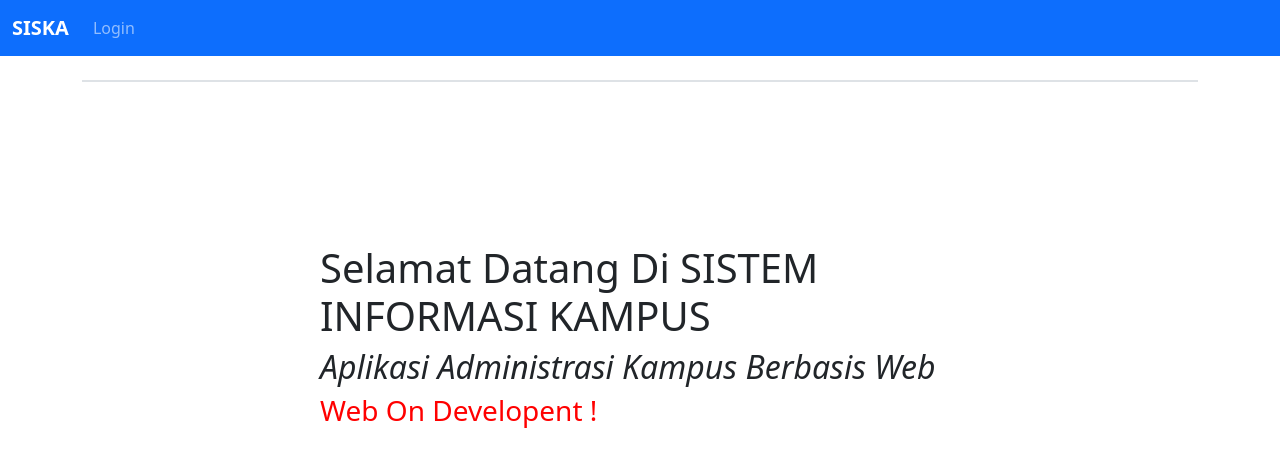
Repository: WiraAtma/administrasi-kampus
Page: http://localhost/
An editor plug-in stored every save of this project. The page is shown before and after the next save, followed by the edit.
The browser window is 1280 px wide. The pictures show the whole page.
The page is served by the project's Laravel application, run on PHP 8.4 with Laravel 12. Other server files are loaded and not shown.

Above is the page before, as saved 2024-10-25 15:26:32.

### routes/web.php
<?php

use App\Http\Controllers\AuthController;
use App\Http\Controllers\FakultasController;
use App\Http\Controllers\MahasiswaController;
use App\Http\Controllers\ProdiController;
use App\Http\Middleware\AdminAccess;
use App\Http\Middleware\DosenAccess;
use Illuminate\Support\Facades\Route;

Route::get('/', function() {
    return view('home');
});

Route::get('/login', [AuthController::class, 'login'])->name('login')->middleware('guest');
Route::post('/login', [AuthController::class, 'authenticing'])->middleware('guest');
Route::get('/logout', [AuthController::class, 'logout']);

Route::get('/mahasiswa', [MahasiswaController::class, 'index'])->middleware('auth');
Route::get('/mahasiswa-detail/{id}', [MahasiswaController::class, 'show'])->middleware('auth');
Route::get('/mahasiswa-create', [MahasiswaController::class, 'create'])->middleware([AdminAccess::class]);
Route::post('/filter-mahasiswa', [MahasiswaController::class, 'store'])->middleware([AdminAccess::class]);
Route::get('/mahasiswa-edit/{id}', [MahasiswaController::class, 'edit'])->middleware([DosenAccess::class]);
Route::put('/filter-mahasiswa/{id}', [MahasiswaController::class, 'update'])->middleware([DosenAccess::class]);
Route::get('/mahasiswa-delete/{id}', [MahasiswaController::class, 'delete'])->middleware([AdminAccess::class]);
Route::delete('/filter-delete-mahasiswa/{id}', [MahasiswaController::class, 'destroy'])->middleware([AdminAccess::class]);
Route::get('/mahasiswa-temporary', [MahasiswaController::class, 'mahasiswaDeleted'])->middleware([AdminAccess::class]);
Route::get('/filter-restore-mahasiswa/{id}', [MahasiswaController::class, 'restore'])->middleware([AdminAccess::class]);

Route::get('/prodi', [ProdiController::class, 'index'])->middleware('auth');
Route::get('/prodi-detail/{id}', [ProdiController::class, 'show'])->middleware('auth');
Route::get('/prodi-create', [ProdiController::class, 'create'])->middleware([AdminAccess::class]);
Route::post('/filter-prodi', [ProdiController::class, 'store'])->middleware([AdminAccess::class]);
Route::get('/prodi-edit/{id}', [ProdiController::class, 'edit'])->middleware([DosenAccess::class]);
Route::post('/filter-prodi/{id}', [ProdiController::class, 'update'])->middleware([DosenAccess::class]);
Route::get('/prodi-delete/{id}', [ProdiController::class, 'delete'])->middleware([AdminAccess::class]);
Route::delete('/filter-delete-prodi/{id}', [ProdiController::class, 'destroy'])->middleware(AdminAccess::class);
Route::get('/prodi-temporary', [ProdiController::class, 'prodiDeleted'])->middleware([AdminAccess::class]);
Route::get('/filter-restore-prodi/{id}', [ProdiController::class, 'restore'])->middleware([AdminAccess::class]);

Route::get('/fakultas', [FakultasController::class, 'index'])->middleware('auth');

### resources/views/home.blade.php
@extends('layouts.mainLayouts')

@section('title', 'Beranda')

@section('content')
<div class="container d-flex border">
    <div class="wrapper position-absolute top-50 start-50 translate-middle">
        <h1>Selamat Datang Di SISTEM INFORMASI KAMPUS</h1>
        <h2><i>Aplikasi Administrasi Kampus Berbasis Web</i></h2>
        <h3 style="color: red">Web On Developent !</h3>
        <div class="mt-5">
        @if(auth()->check() && auth()->user()->name != '')
            <h6>User Login : {{ Auth::user()->name }}</h6>
            <h6>User Position : {{ Auth::user()->role->name }}</h6>
        @else
        @endif
    </div>
    </div>

</div>

@endsection

### resources/views/layouts/mainLayouts.blade.php
<!DOCTYPE html>
<html lang="en">
<head>
    <meta charset="UTF-8">
    <meta name="viewport" content="width=device-width, initial-scale=1.0">
    <meta http-equiv="X-UA-Compatible" content="ie=edge">
    <title>SISKA | @yield('title')</title>
    <link href="https://cdn.jsdelivr.net/npm/bootstrap@5.3.3/dist/css/bootstrap.min.css" rel="stylesheet" integrity="sha384-QWTKZyjpPEjISv5WaRU9OFeRpok6YctnYmDr5pNlyT2bRjXh0JMhjY6hW+ALEwIH" crossorigin="anonymous">
</head>
<body>
    <nav class="navbar sticky-top bg-primary navbar-expand-lg" data-bs-theme="dark">
        <div class="container-fluid">
          <a class="navbar-brand" href="/" style="font-weight: bold">SISKA</a>
          <button class="navbar-toggler" type="button" data-bs-toggle="collapse" data-bs-target="#navbarTogglerDemo02" aria-controls="navbarTogglerDemo02" aria-expanded="false" aria-label="Toggle navigation">
            <span class="navbar-toggler-icon"></span>
          </button>
          <div class="collapse navbar-collapse" id="navbarTogglerDemo02">
            @if(auth()->check() && auth()->user()->name != '')
              <ul class="navbar-nav me-auto mb-2 mb-lg-0">
                <li class="nav-item">
                  <a class="nav-link {{ request()->is('/') ? 'active' : ''}}" href="/">Beranda</a>
                </li>
                <li class="nav-item">
                  <a class="nav-link {{ request()->is('mahasiswa') ? 'active' : ''}}" href="/mahasiswa">Mahasiswa</a>
                </li>
                <li class="nav-item">
                  <a class="nav-link {{ request()->is('prodi') ? 'active' : ''}}" href="/prodi">Program Studi</a>
                </li>
                <li class="nav-item">
                  <a class="nav-link {{ request()->is('fakultas') ? 'active' : ''}}" href="/fakultas">Fakultas Kampus</a>
                </li>
              </ul>
            @else
            @endif
            <ul class="navbar-nav">
              <li class="nav-item">
                @if(auth()->check() && auth()->user()->name != '')
                  <a href="/logout" class="nav-link">Logout</a>
                @else
                  <a href="/login" class="nav-link">Login</a>
                @endif
              </li>
            </ul>
          </div>
        </div>
    </nav>
    <div class="container mt-4">
        @yield('content')
    </div>
    <script src="https://cdn.jsdelivr.net/npm/bootstrap@5.3.3/dist/js/bootstrap.bundle.min.js" integrity="sha384-YvpcrYf0tY3lHB60NNkmXc5s9fDVZLESaAA55NDzOxhy9GkcIdslK1eN7N6jIeHz" crossorigin="anonymous"></script>
</body>
</html>

After the next save:
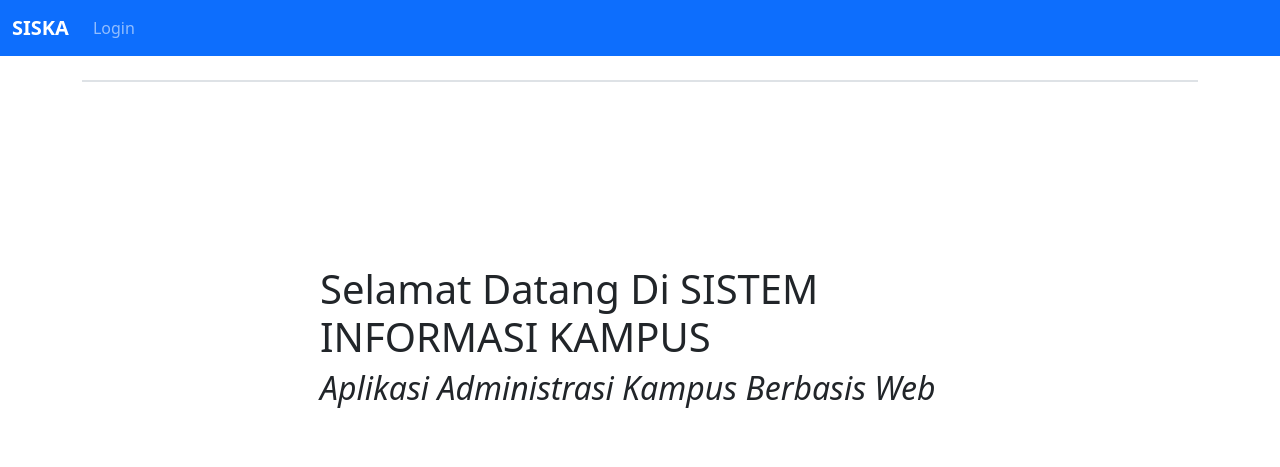
Saved 17 s later.
--- a/resources/views/home.blade.php
+++ b/resources/views/home.blade.php
@@ -7,7 +7,6 @@
     <div class="wrapper position-absolute top-50 start-50 translate-middle">
         <h1>Selamat Datang Di SISTEM INFORMASI KAMPUS</h1>
         <h2><i>Aplikasi Administrasi Kampus Berbasis Web</i></h2>
-        <h3 style="color: red">Web On Developent !</h3>
         <div class="mt-5">
         @if(auth()->check() && auth()->user()->name != '')
             <h6>User Login : {{ Auth::user()->name }}</h6>
